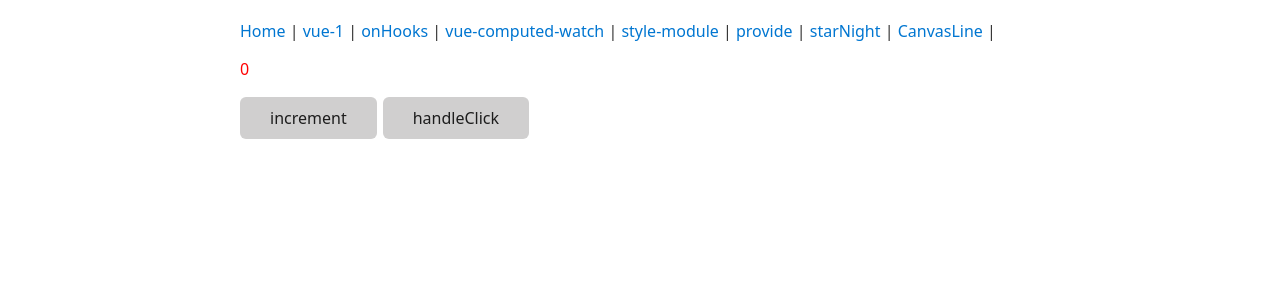
Repository: 596178924/vue3-ts-html
Page: /
These files come from the project's save history. The page is drawn as it stood at one moment and after the next save; the edit follows.
The browser window is 1280 px wide. The pictures show the whole page.
The project was rebuilt for these pictures with package versions that can differ from the ones it lists, and the page was loaded fresh each time. Also part of the build but not shown: vue.config.js.

Above is the page before, as saved 2022-02-15 15:58:50.

### public/index.html
<!DOCTYPE html>
<html lang="">
  <head>
    <meta charset="utf-8">
    <meta http-equiv="X-UA-Compatible" content="IE=edge">
    <meta name="viewport" content="width=device-width,initial-scale=1.0">
	<link rel="stylesheet" href="https://cdn.jsdelivr.net/npm/water.css@2/out/water.css">
    <link rel="icon" href="<%= BASE_URL %>favicon.ico">
    <title><%= htmlWebpackPlugin.options.title %></title>
  </head>
  <body>
    <noscript>
      <strong>We're sorry but <%= htmlWebpackPlugin.options.title %> doesn't work properly without JavaScript enabled. Please enable it to continue.</strong>
    </noscript>
    <div id="app"></div>
    <!-- built files will be auto injected -->
  </body>
</html>

### src/main.ts
import { createApp } from 'vue';
import App from './App.vue';
import router from './router';
import { createPinia } from 'pinia'
const app = createApp(App);
app.use(createPinia());
app.use(router);
app.mount('#app');

### src/App.vue
<template>
  <div id="nav">
    <router-link to="/">Home</router-link> |
    <router-link to="/vue-1">vue-1</router-link> |
    <router-link to="/onHooks">onHooks</router-link> |
    <router-link to="/vue-computed-watch">vue-computed-watch</router-link> |
    <router-link to="/style-module">style-module</router-link> |
    <router-link to="/provide">provide</router-link> |
    <router-link to="/starNight">starNight</router-link> |
    <router-link to="/CanvasLine">CanvasLine</router-link> |

  </div>
  <router-view/>
</template>

<style lang="scss">

</style>

### src/router/index.ts
import { createRouter, createWebHashHistory, RouteRecordRaw } from 'vue-router';

const routes: Array<RouteRecordRaw> = [
	{
		path: '/',
		name: 'Home',
		component: () => import('@/views/Home.vue')
	},
	{
		path: '/vue-1',
		name: 'vue-1',
		component: () => import('@/views/vue-1.vue')
	},
	{
		path: '/onHooks',
		name: 'onHooks',
		component: () => import('@/views/onHooks.vue')
	},
	{
		path: '/vue-computed-watch',
		name: 'vue-computed-watch',
		component: () => import('@/views/vue-computed-watch.vue')
	},
	{
		path: '/style-module',
		name: 'style-module',
		component: () => import('@/views/style-module.vue')
	},
	{
		path: '/provide',
		name: 'provide',
		component: () => import('@/views/provide.vue')
	},
	{
		path: '/starNight',
		name: 'starNight',
		component: () => import('@/views/starNight.vue')
	},
	{
		path: '/CanvasLine',
		name: 'CanvasLine',
		component: () => import('@/views/CanvasLine.vue')
	},

];

const router = createRouter({
	history: createWebHashHistory(),
	routes
});

export default router;

### src/views/Home.vue
<template>
	<div class="home">
		<p class="red">{{ useStoreCounter.counter }}</p>
		<button @click="useStoreCounter.increment">increment</button>
		<button @click="handleClick">handleClick</button>
	</div>
</template>

<script setup lang="ts" >
import { UseStoreCounter } from "@/PiniaStore/counter"
import { ref } from "vue";
const useStoreCounter = UseStoreCounter()
console.log(useStoreCounter)
// let counter = ref(0);

function handleClick() {
	// useStoreCounter.counter += 5;
	// useStoreCounter.$patch({
	// 	counter: useStoreCounter.counter + 5
	// })
	useStoreCounter.$patch((state) => {
		state.counter++
	});
	console.log("useStoreCounter.counter", useStoreCounter.counter)
}
</script>
<style lang="scss" scoped>
.red {
	color: #ff0000;
}
</style>

### src/PiniaStore/counter.ts
import { defineStore } from "pinia"

export const UseStoreCounter = defineStore('counter', {
	state: () => ({
		counter: 0,
		name: 'pinia',
		isAdmin: true
	}),
	getters:{
		doubleCounter:({counter})=> counter * 2
	},
	actions:{
		increment() {
			this.counter++;
			console.log("UseStoreCounter increment",this.counter)
		},
		randomizeCounter() {
			this.counter = Math.round(100 * Math.random())
		}
	}
})

After the next save:
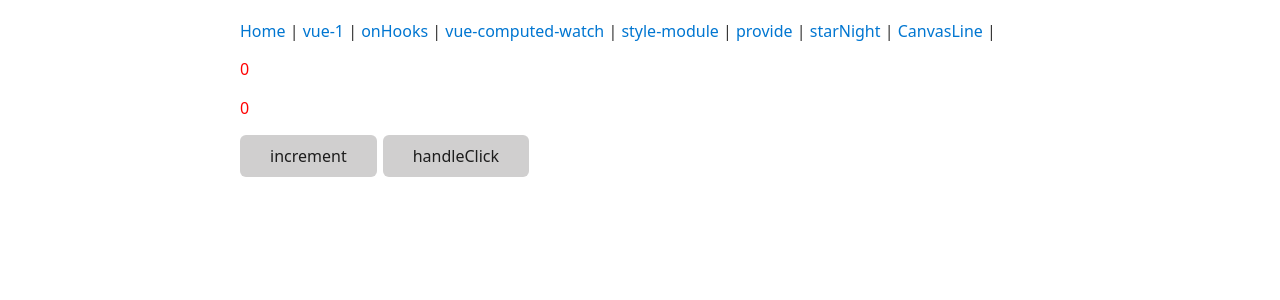
Saved 48 s later.
--- a/src/views/Home.vue
+++ b/src/views/Home.vue
@@ -1,6 +1,7 @@
 <template>
 	<div class="home">
 		<p class="red">{{ useStoreCounter.counter }}</p>
+		<p class="red">{{ useStoreCounter.doubleCounter }}</p>
 		<button @click="useStoreCounter.increment">increment</button>
 		<button @click="handleClick">handleClick</button>
 	</div>
